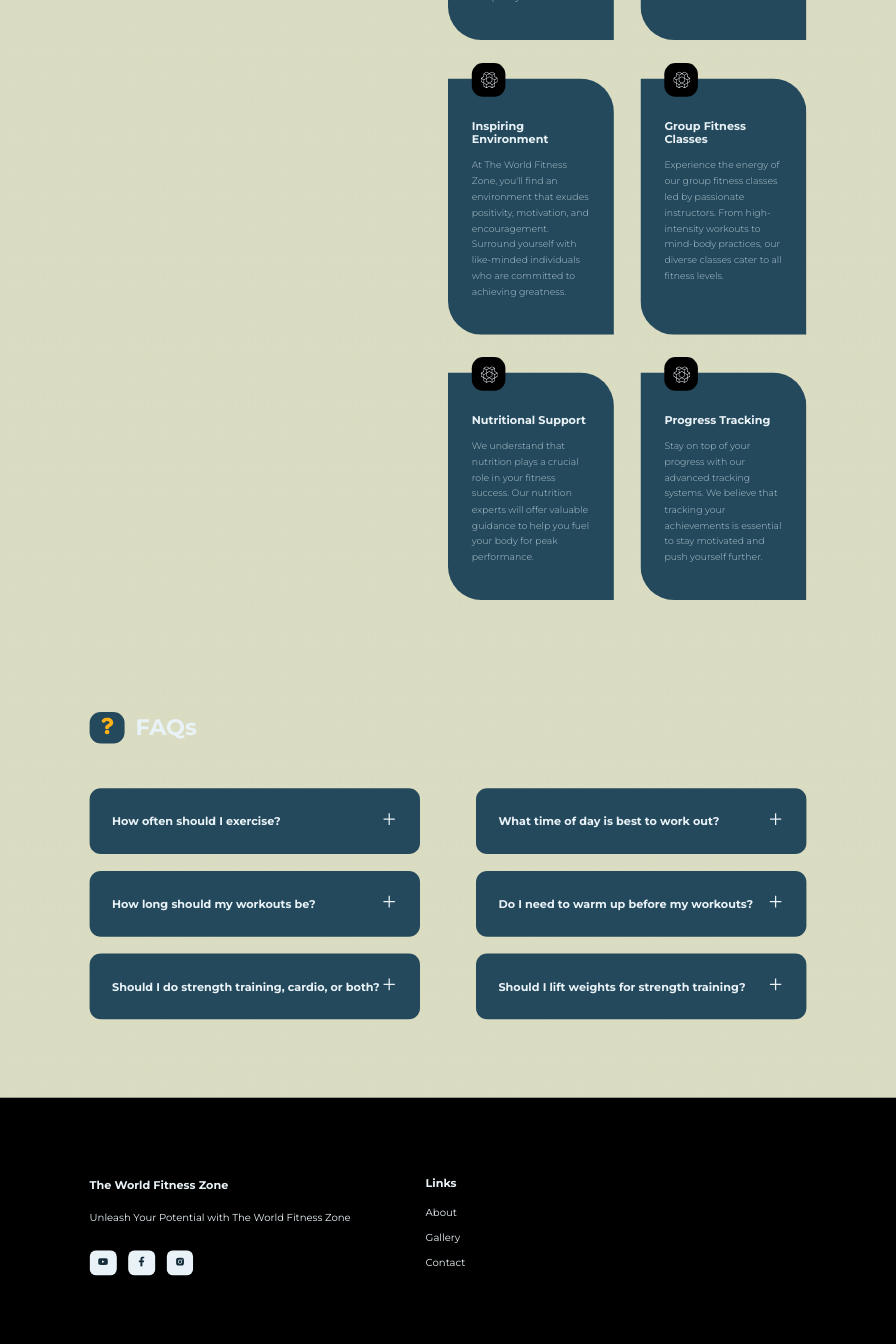
Repository: aryaMode/gym-portfolio
Page: /
The author's editor kept a copy of each file at every save. The page is drawn from the files as they stood at one save, then again after a run of saves.
The browser window is 1280 px wide. The pictures show the part of the page from y = 2233 to 4153 px (the page is 4153 px tall), at 70% of full size.
The project was rebuilt for these pictures with package versions that can differ from the ones it lists, and the page was loaded fresh each time. Also part of the build but not shown: src/components/Testimonial.jsx, src/pages/about/about.css, src/components/Header.jsx, src/pages/about/About.jsx, src/pages/contact/contact.css, src/pages/contact/Contact.jsx, src/pages/gallery/gallery.css, src/pages/gallery/Gallery.jsx and 7 more.

Above is the page before, as saved 2023-07-20 18:12:14.

### public/index.html
<!DOCTYPE html>
<html lang="en">

<head>
    <meta charset="UTF-8">
    <meta http-equiv="X-UA-Compatible" content="IE=edge">
    <meta name="viewport" content="width=device-width, initial-scale=1.0">
    <title>Portfolio Website</title>
    <!-- GOOGLE FONTS (montserrat) -->
    <link href="https://fonts.googleapis.com/css2?family=Montserrat:wght@300;400;500;600;700&display=swap"
        rel="stylesheet">
</head>

<body>
    <div id="root"></div>
</body>

</html>

### src/App.jsx
// rafce -> shortcut to create component and export
import { BrowserRouter, Routes, Route } from "react-router-dom";
import React from "react";
import Home from "./pages/home/Home";
import About from "./pages/about/About";
import Contact from "./pages/contact/Contact";
import Gallery from "./pages/gallery/Gallery";
import NotFound from "./pages/notFound/NotFound";
import Plans from "./pages/plans/Plans";
import Trainers from "./pages/trainers/Trainers";
import Navbar from "./components/Navbar";
import Footer from "./components/Footer";

const App = () => {
	return (
		<BrowserRouter>
			<Navbar />
			<Routes>
				<Route index element={<Home />} />
				<Route path="about" element={<About />} />
				<Route path="contact" element={<Contact />} />
				<Route path="gallery" element={<Gallery />} />
				<Route path="plans" element={<Plans />} />
				<Route path="trainers" element={<Trainers />} />
				<Route path="*" element={<NotFound />} />
			</Routes>
			<Footer />
		</BrowserRouter>
	);
};

export default App;

### src/index.css
 *, *::before, *::after{
    margin: 0;
    padding: 0;
    border: 0;
    outline: 0;
    list-style: none;
    text-decoration: none;
    box-sizing: border-box;
 }

 /* CSS Global variable starts with :root {...} check w3school docs for more  info */
 :root{
    --primary-hue: 210;
    --gray-hue: 200;
    /* hsl (hue, saturation, lightness) */
    --color-primary: black;
    --color-primary-variant: hsl(var(--primary-hue), 100%, 65%);
    --color-secondary: #ffb116;
    --color-gray-100: hsl(var(--gray-hue), 47%, 94%); /*almost white colour lightness is almost 100%*/
    --color-gray-200: hsl(var(--gray-hue), 26%, 75%);
    --color-gray-300: hsl(var(--gray-hue), 24%, 64%);
    --color-gray-400: hsl(var(--gray-hue), 16%, 41%);
    --color-gray-500: hsl(var(--gray-hue), 44%, 25%);
    --color-gray-600: hsl(var(--gray-hue), 48%, 15%);

    --container-width-lg: 80%;
    --container-width-md: 90%;

    --transition: all 500ms ease; /* make sure all transition have a constant effect*/
 }

  /******************** GENERAL STYLES ********************/
  body{
    font-family: "Montserrat", sans-serif;
    color: var(--color-gray-200);
    line-height: 1.7;
    overflow-x: hidden;
    background: rgb(218, 220, 194) url(./images/bg_texture.png);
  }

  .container{
    width: var(--container-width-lg);
    max-width: 1920px;
    margin-inline: auto;
  }

  h1, h2, h3, h4, h5 {
    line-height: 1.2;
    color: var(--color-gray-100);
  }

  h1 {
    font-size: 3rem;
  }

  h2 {
    font-size: 2rem ;
  }

  a {
    color: var(--color-gray-100);
  }

  img{
    display: block;
    object-fit: cover;
    width: 100%;
}

.btn {
    color: var(--color-gray-100);
    width: fit-content;
    margin: 0 auto;
    padding: 0.9rem 2rem;
    background: var(--color-primary);
    border-radius: 1.5rem;
    transition: var(--transition);
}

.btn:hover {
    background: var(--color-secondary);
    color: var(--color-gray-600);
}

.btn.lg {
    padding: 1.2rem 3rem;
    border-radius: 2rem;
    font-size: 1.1rem;
}

.btn.sm {
    padding: 0.4rem 1.2rem;
    font-size: 0.9rem;
}

.btn.sm:hover {
    background: var(--color-gray-100);
}

/******************** SECTION REUSABLE STYLES ********************/
section {
    margin-top: 10rem;
}

.section__head {
    display: flex;
    align-items: center;
    gap: 1rem;
}

.section__head span {
    background: var(--color-gray-500);
    padding: 0.3rem 0.8rem 0;
    border-radius: 1rem;
    color: var(--color-secondary);
    font-size: 1.5rem;
}

.card {
    background: var(--color-gray-500);
    border: 2px solid transparent;
    text-align: center;
    padding: 3rem 2rem;
    border-radius: 0 3rem 0 3rem;
    transition: var(--transition);
}

.card:hover {
    background: transparent;
    border-color: var(--color-gray-400);
    cursor: default;
}

.card span {
    width: 3rem;
    height: 3rem;
    background: var(--color-primary);
    color: var(--color-gray-100);
    font-size: 1.5rem;
    padding: 0.8rem;
    display: grid;
    place-items: center;
    margin-bottom: 1.5rem;
    margin-inline: auto;
    border-radius: 1rem;
    transition: var(--transition);
}

.card:hover span {
    background: var(--color-secondary);
    color: var(--color-gray-500)
}

.card small {
    margin-top: 1rem;
    display: block;
    font-weight: 300;
}

.header {
    margin-top: 5rem;
    height: 20rem;
    overflow: hidden;
    border-bottom: 2px solid var(--color-gray-400);
}

.header__container {
    width: 100%;
    height: 100%;
    position: relative;
    display: grid;
    place-items: center;
    background: #0000;
}

.header__container-lg {
    position: absolute;
    width: 100%;
}

.header__container-lg img {
    opacity: 0.5;
}

.header__content {
    position: relative;
    width: 44%;
    margin: 0 auto;
    text-align: center;
    color: var(--color-gray-100);
}

.header__content h2 {
    margin-bottom: 1rem;
}

.header__content p {
    color: rgba(255, 255, 255, 0.7, green, blue, alpha);
}






/******************** MEADIA QUERIES (medium screens) ********************/
@media screen and (max-width: 1024px) {
    .container {
        width: var(--container-width-md);
    }

    h1 {
        font-size: 2rem;
    }

    h2 {
        font-size: 1.6rem;
    }

    .header__content {
        width: 76%;
    }
}

/******************** MEADIA QUERIES (small screens) ********************/
@media screen and (max-width: 600px) {
    h1 {
        font-size: 2.2rem;
        line-height: 1.3;
    }

    section {
        margin-top: 7rem;
    }

    .header {
        height: fit-content;
    }

    .header__content {
        width: var(--container-width-md);
        padding: 3rem 0;
    }

    .header__content p {
        font-size: 0.85rem;
    }
}

### src/pages/home/Home.jsx
import React from "react";
import "./home.css";
import MainHeader from "../../components/MainHeader";
import Program from "../../components/Program";
import Values from "../../components/Values";
import FAQs from "../../components/FAQs";
import Testimonial from "../../components/Testimonial";
// import Footer from "../../components/Footer";

const Home = () => {
	return (
		<>
			<MainHeader />
			<Program />
			<Values />
			<FAQs />
			{/* <Testimonial /> */}
			{/* <Footer /> comment this out so footer wount be double */}
		</>
	);
};

export default Home;

### src/components/Navbar.jsx
import { useState } from "react";
import {logoName} from "../data";
import { Link, NavLink } from "react-router-dom";
// NavLink comes with an isactive prop which we can use to detect which page we on
// so we can have a special style for that link
import React from "react";
import Logo from "../images/logo.png";
import { links } from "../data";
import { GoThreeBars } from "react-icons/go";
import { MdOutlineClose } from "react-icons/md";
import "./navbar.css";

const Navbar = () => {
	const [isNavShowing, setIsNavShowing] = useState(false);

	const handleNavToggle = () => {
		return setIsNavShowing((prevVAlue) => {
			return !prevVAlue;
		});
	};

	return (
		<nav>
			<div className="container nav__container">
				<Link to="/" className="logo" onClick={handleNavToggle}>
					{/* <img src={Logo} alt="Nav-logo" /> */}
					<div>{logoName}</div>
				</Link>
				<ul
					className={`nav__links ${isNavShowing ? "show__nav" : "hide__nav"}`}
				>
					{/* Destructure the links array of object from the links to get each item */}
					{links.map(({ name, path }, index) => {
						return (
							<li key={index}>
								<NavLink
									to={path}
									className={({ isActive }) => (isActive ? "active-nav" : "")}
									onClick={handleNavToggle}
								>
									{name}
								</NavLink>
							</li>
						);
					})}
				</ul>
				<button onClick={handleNavToggle} className="nav__toggle-btn">
					{isNavShowing ? <MdOutlineClose /> : <GoThreeBars />}
				</button>
			</div>
		</nav>
	);
};

export default Navbar;

// export PATH=$PATH:/home/daveworld/bin

### src/components/Footer.jsx
import React from "react";
import { Link } from "react-router-dom";
import {logoName} from "../data";
import Logo from "../images/logo.png";
import { FaYoutube } from "react-icons/fa";
import { FaFacebookF } from "react-icons/fa";
import { AiOutlineTwitter } from "react-icons/ai";
import { AiFillInstagram } from "react-icons/ai";

const Footer = () => {
	return (
		<footer>
			<div className="container footer__container">
				<article>
					<Link to="/" className="logo">
						{/* <img src={Logo} alt="Footer Logo" /> */}
					{logoName}
					</Link>
					<p>
					Unleash Your Potential with The World Fitness Zone
					</p>
					<div className="footer__socials">
						<a
							href="https://youtube.com/@Thesandeep325"
							target="_blank"
							rel="noreferrer noopener"
						>
							<FaYoutube />
						</a>
						<a
							href="https://www.facebook.com/profile.php?id=100000823973714&mibextid=LQQJ4d"
							target="_blank"
							rel="noreferrer noopener"
						>
							<FaFacebookF />
						</a>

						<a
							href="https://instagram.com/the_world_fitness_zone_?igshid=MzRlODBiNWFlZA=="
							target="_blank"
							rel="noreferrer noopener"
						>
							<AiFillInstagram />
						</a>
					</div>
				</article>
				<article>
					<h4>Links</h4>
					<Link to="/about">About</Link>
					{/* <Link to="/plans">Plans</Link> */}
					{/* <Link to="/trainers">Trainers</Link> */}
					<Link to="/gallery">Gallery</Link>
					<Link to="/contact">Contact</Link>

					{/* <h4>Get In Touch</h4> */}
					{/* <Link to="/contact">Plans</Link> */}
					{/* <Link to="/s">Trainers</Link> */}
				</article>
			</div>
			<br />
			<br />
			<br />
			<br />
		</footer>
	);
};

export default Footer;

### src/components/MainHeader.jsx
import React from "react";
import { Link } from "react-router-dom";
import Image from "../images/main_header.png";

const MainHeader = () => {
	return (
		<header className="main__header">
			<div className="container main__header-container">
				<div className="main__header-left">
					<h4>Welcome to The World Fitness Zone, Karnal!</h4>
					<h1>Unleash Your Potential with The World Fitness Zone

</h1>
					<p>
					Are you ready to take your fitness journey to the next level? Look no further than The World Fitness Zone - Karnal's premier fitness destination. We are not just a gym; we are a community of fitness enthusiasts who believe in the power of transformation and the pursuit of a healthier, fitter lifestyle.
					</p>
					<Link to="/contact" className="btn lg">
						Get Started
					</Link>
				</div>
				<div className="main__header-right">
					<div className="main__header-circle"></div>
					<div className="main__header-image">
						<img src={Image} alt="MainHeaderImage" />
					</div>
				</div>
			</div>
		</header>
	);
};

export default MainHeader;

### src/components/Program.jsx
import React from "react";
import { FaCrown } from "react-icons/fa";
import SectionHead from "./SectionHead";
import { programs } from "../data";
import Card from "../UI/Card";
import { Link } from "react-router-dom";
import { AiFillCaretRight } from "react-icons/ai";

const Program = () => {
	return (
		<section className="programs">
			<div className="container programs container">
				<SectionHead icon={<FaCrown />} title="Programs" />

				<div className="program__wrapper">
					{programs.map(({ id, icon, title, info, path }) => {
						return (
							<Card className="programs__program" key={id}>
								<span>{icon}</span>
								<h4>{title}</h4>
								<small>{info}</small>
								<Link to={path} className="btn sm">
									Contact Us <AiFillCaretRight />
								</Link>
							</Card>
						);
					})}
				</div>
			</div>
		</section>
	);
};

export default Program;

### src/components/Values.jsx
import React from "react";
import Image from "../images/values.jpg";
import SectionHead from "./SectionHead";
import { GiCutDiamond } from "react-icons/gi";
import { values } from "../data";
import Card from "../UI/Card";

const Values = () => {
	return (
		<section className="values">
			<div className="container values__container">
				<div className="values__left">
					<div className="values__image">
						<img src={Image} alt="values Image" />
					</div>
				</div>
				<div className="values__right">
					<SectionHead icon={<GiCutDiamond />} title="Values" />
					<p>
					We believe in empowering individuals to take charge of their fitness journey, unlocking their full potential, and transforming their lives through dedication and perseverance.
					</p>
					<div className="values__wrapper">
						{values.map(({ id, icon, title, desc }) => {
							return (
								<Card className="values__value" key={id}>
									<span>{icon}</span>
									<h4>{title}</h4>
									<small>{desc}</small>
								</Card>
							);
						})}
					</div>
				</div>
			</div>
		</section>
	);
};

export default Values;

### src/components/FAQs.jsx
import React from "react";
import { FaQuestion } from "react-icons/fa";
import { faqs } from "../data";
import FAQ from "./FAQ";
import SectionHead from "./SectionHead";
const FAQs = () => {
	return (
		<section className="faqs">
			<div className="container faqs__container">
				<SectionHead icon={<FaQuestion />} title="FAQs" />
				<div className="faqs__wrapper">
					{faqs.map(({ id, question, answer }) => {
						return <FAQ key={id} question={question} answer={answer} />;
					})}
				</div>
			</div>
		</section>
	);
};

export default FAQs;

### src/UI/Card.jsx
import React from "react";

const Card = ({ className, children }) => {
	return <article className={`card ${className}`}>{children}</article>;
};

export default Card;

### src/components/navbar.css
nav{
    height: 5rem;
    width: 100vw; /*100% of the window/browser*/
    background: var(--color-primary);
    display: grid;
    place-items: center;
    position: fixed; /*commnt this to see hiden layers*/
    top: 0;
    left: 0;
    z-index: 99; /* makes sure it sit on all items*/
}

/* Only show on medium and small screens */
.nav__toggle-btn {
    display: none;
}

.nav__container {
    height: 100%;

    display: flex;
    justify-content: space-between;
    align-items: center;
    position: relative;
}

.logo{
    width: 50vw;
    font-size: 1rem;
    font-weight: bold;
    margin-right: 50px;
    display: flex;
}

.nav__links{
    display: flex;
    gap: 3.5rem;
    align-items: center;
}

.nav__links a {
    transition: var(--transition);
}

.nav__links a:hover {
    color: var(--color-secondary);
}

.active-nav {
    position: relative;
}

.active-nav::after{
    content: "";
    display: block;
    width: 1.2rem;
    height: 1.2rem;
    background-color: var(--color-primary);
    position: absolute;
    left: calc(50% - 0.6rem);
    transform: rotate(45deg);
    margin-top: 0.9rem;
}

 /******************** MEDIA QUERIES (mesium and small screens) ********************/
 @media screen and (max-width: 1024px) {
    .nav__toggle-btn {
        display: inline-block;
        background: transparent;
        font-size: 1.8rem;
        cursor: pointer;
    }

    .nav__toggle-btn svg{
        color: var(--color-gray-100);
    }

    .nav__links {
        position: absolute;
        top: 100%;
        right: 0;
        flex-direction: column;
        gap: 0;
        perspective: 400px;
    }

    .active-nav {
        display: none;
    }

    .active-nav, .active-nav::after{
        display: none;
    }

    .nav__links li {
        height: 4rem;
        width: 100%;
        box-shadow: -2rem 2rem 5rem rgba(0, 0, 0, 0.5);
        animation: navAnimation 600ms ease forwards;
        transform: rotateX(90deg);
        opacity: 0;
        transform-origin: top;
    }

    .nav__links li:nth-child(2) {
        animation-delay: 200ms;
    }
    .nav__links li:nth-child(3) {
        animation-delay: 400ms;
    }
    .nav__links li:nth-child(4) {
        animation-delay: 600ms;
    }
    .nav__links li:nth-child(5) {
        animation-delay: 800ms;
    }
    .nav__links li:nth-child(6) {
        animation-delay: 1s;
    }
    .nav__links li:nth-child(7) {
        animation-delay: 1.2s;
    }

    @keyframes navAnimation {
        to {
            transform: rotateX(0);
            opacity: 1;
        }
    }

    .nav__links li a {
        background-color: var(--color-primary);
        height: 100%;
        width: 100%;
        display: flex;
        align-items: center;
        padding: 1rem 5rem 1rem 3rem;
    }

    .show__nav {
        display: flex;
    }

    .hide__nav {
        display: none;
    }

 }

### src/components/SectionHead.jsx
import React from "react";

// A reuseable component for each section name
const SectionHead = ({ icon, title, className }) => {
	return (
		<div className={`section__head ${className}`}>
			<span>{icon}</span>
			<h2>{title}</h2>
		</div>
	);
};

export default SectionHead;

### src/components/FAQ.jsx
import React, { useState } from "react";
import { AiOutlinePlus } from "react-icons/ai";
import { AiOutlineMinus } from "react-icons/ai";

const FAQ = ({ question, answer }) => {
	const [isAnswerShowing, setIsAnswerShowing] = useState(false);

	const handleFAQ = () => {
		return setIsAnswerShowing((prevValue) => {
			return !prevValue;
		});
	};

	return (
		<article className="faq" onClick={handleFAQ}>
			<div>
				<h4>{question}</h4>
				<button className="faq__icon">
					{isAnswerShowing ? <AiOutlineMinus /> : <AiOutlinePlus />}
				</button>
			</div>
			{isAnswerShowing && <p>{answer}</p>}
		</article>
	);
};

export default FAQ;

Loaded but not shown: src/index.js (common file); src/data.js (331 lines, source omitted); src/pages/home/home.css (412 lines, source omitted)

After the next 4 saves:
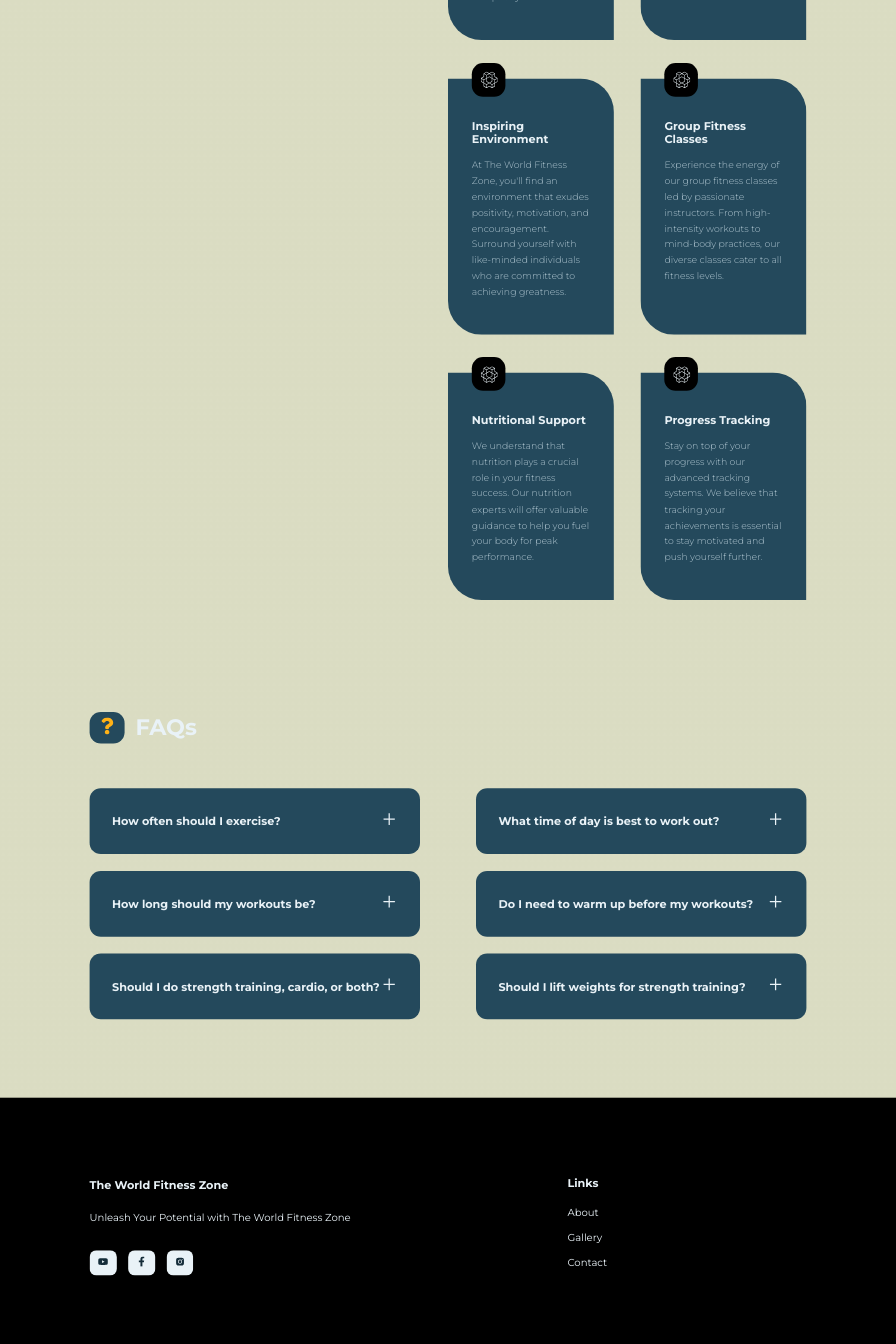
The 4 saves are shown as one change because they came seconds apart.
The last was saved 62 s later.
--- a/src/components/Footer.jsx
+++ b/src/components/Footer.jsx
@@ -45,6 +45,9 @@ const Footer = () => {
 					</div>
 				</article>
 				<article>
+
+				</article>
+				<article>
 					<h4>Links</h4>
 					<Link to="/about">About</Link>
 					{/* <Link to="/plans">Plans</Link> */}
